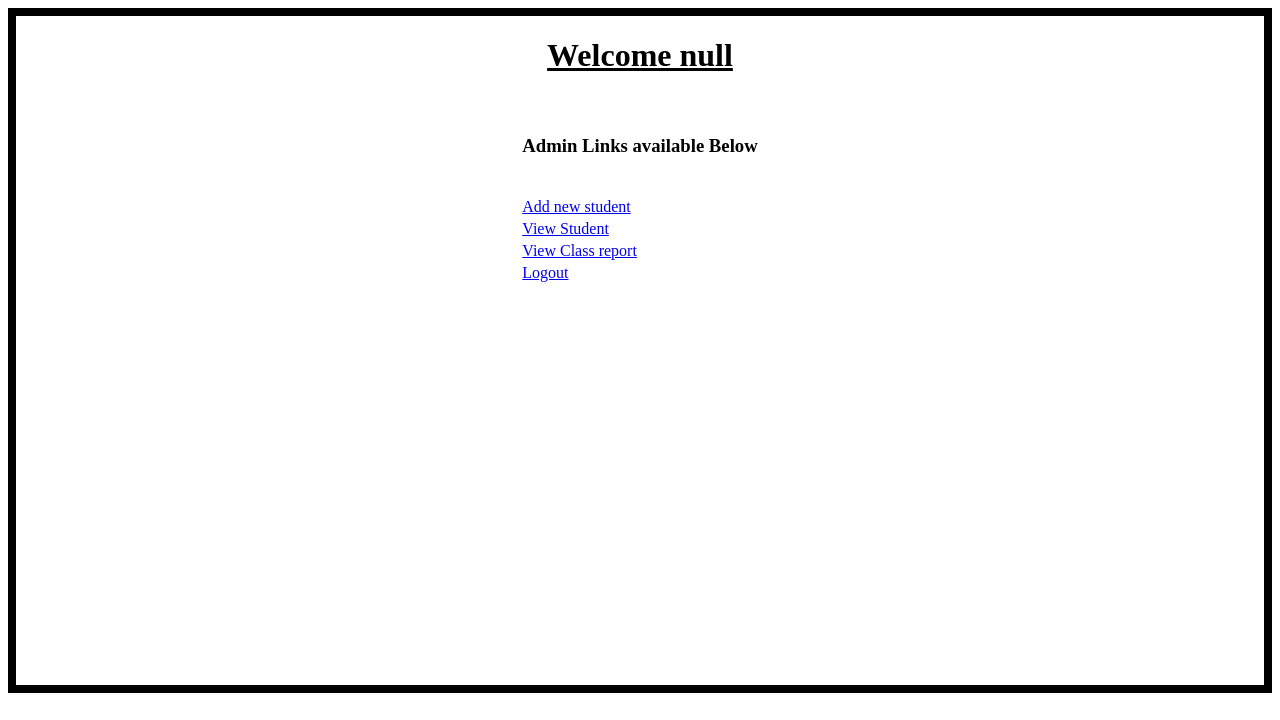
Repository: priyankagit8692/Phase_2_SimpliLearn-
Page: http://localhost/LearnerAcademyProject/MainHomePage.jsp
The author's editor kept a copy of each file at every save. The page is drawn from the files as they stood at one save, then again after the next save.
The browser window is 1280 px wide. The pictures show the whole page.
The page is served by Tomcat 9. Other server files are loaded and not shown.

Above is the page before, as saved 2021-03-20 07:47:29.

### FinalProjectPhase2/LearnerAcademyProject/WebContent/MainHomePage.jsp
<%@ page contentType="text/html;charset=UTF-8" language="java" %>
<html>
<head>
    <title>Home Page</title>
</head>
<body>


<div align='center' style='border: solid 8px black; height: 95%'>
    <u><h1>Welcome <%= session.getAttribute("name")%></h1></u>
    <br><br>
    <table>
        <tr>
            <u><td><h3>Admin Links available Below</h3><br></td></u>
        </tr>
        <tr>
            <td><a href="addStudent">Add new student</a></td>
        </tr>
        <tr>
            <td><a href="viewStudent">View Student</a></td>
        </tr>
        <tr>
            <td><a href="classReport">View Class report</a></td>
        </tr>
        <tr>
            <td><a href="logout.jsp">Logout</a></td>
        </tr>
    </table>
</div>
</body>
</html>

After the next save:
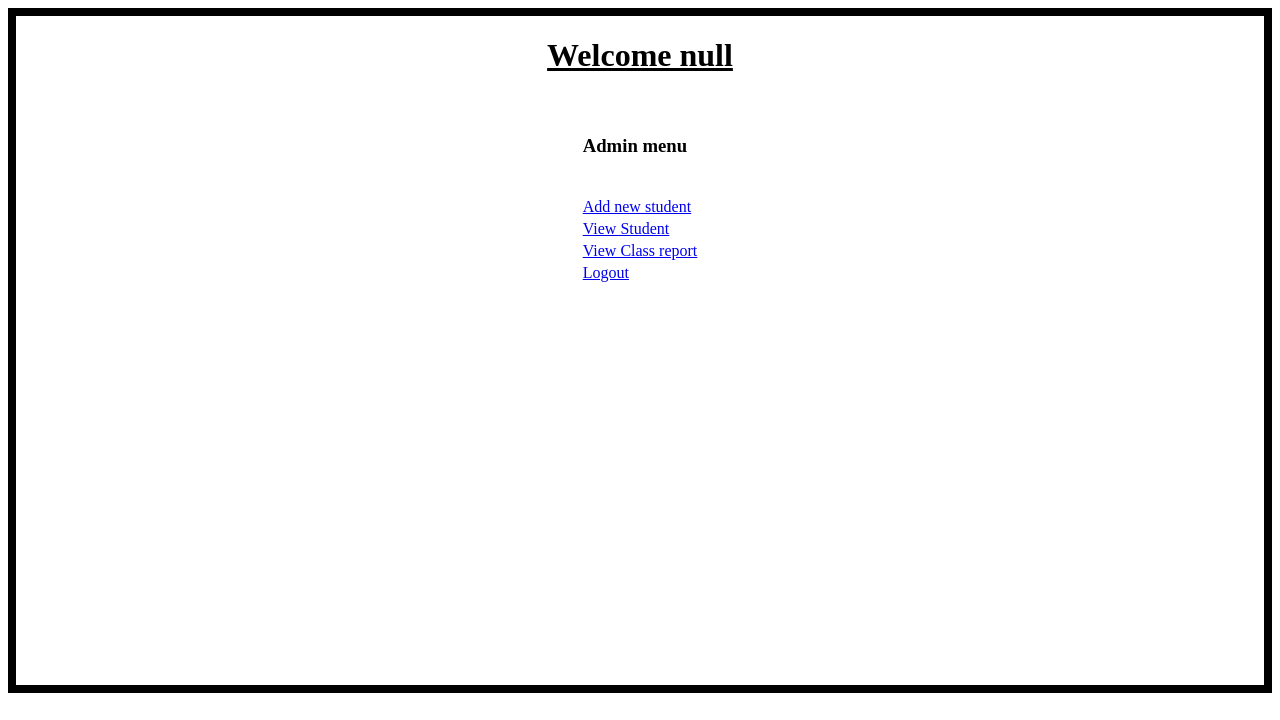
Saved 3 min 12 s later.
--- a/FinalProjectPhase2/LearnerAcademyProject/WebContent/MainHomePage.jsp
+++ b/FinalProjectPhase2/LearnerAcademyProject/WebContent/MainHomePage.jsp
@@ -11,19 +11,19 @@
     <br><br>
     <table>
         <tr>
-            <u><td><h3>Admin Links available Below</h3><br></td></u>
+            <td><h3>Admin menu</h3><br></td>
         </tr>
         <tr>
             <td><a href="addStudent">Add new student</a></td>
         </tr>
         <tr>
-            <td><a href="viewStudent">View Student</a></td>
+            <td><a href="showStudent">View Student</a></td>
         </tr>
         <tr>
             <td><a href="classReport">View Class report</a></td>
         </tr>
         <tr>
-            <td><a href="logout.jsp">Logout</a></td>
+            <td><a href="logout">Logout</a></td>
         </tr>
     </table>
 </div>
